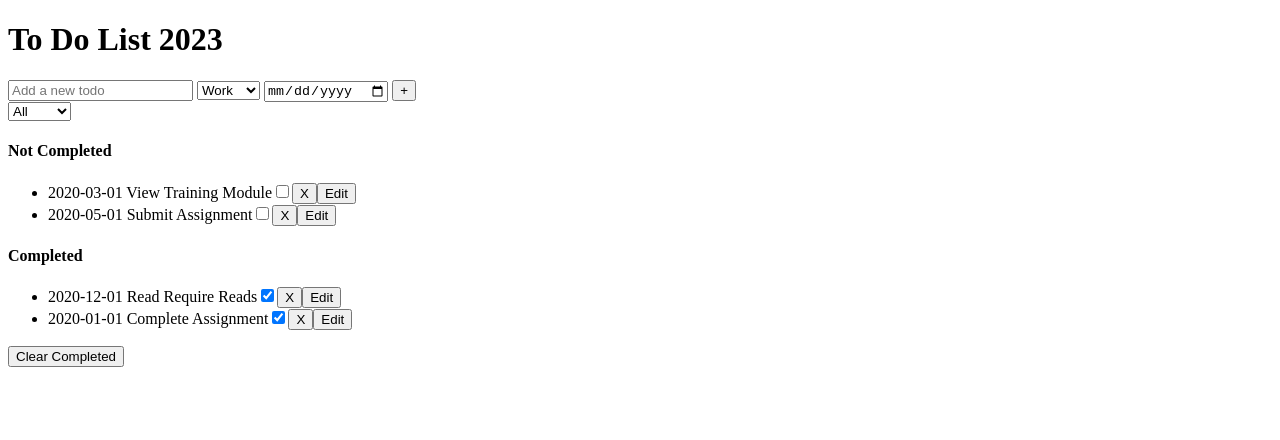
Repository: Kayla-amr/dgm3760
Page: index.html
These files come from the project's save history. The page is drawn as it stood at one moment and after a run of saves; the edit follows.
The browser window is 1280 px wide. The pictures show the whole page.

Above is the page before, as saved 2023-11-06 06:19:12.

After the next 3 saves:
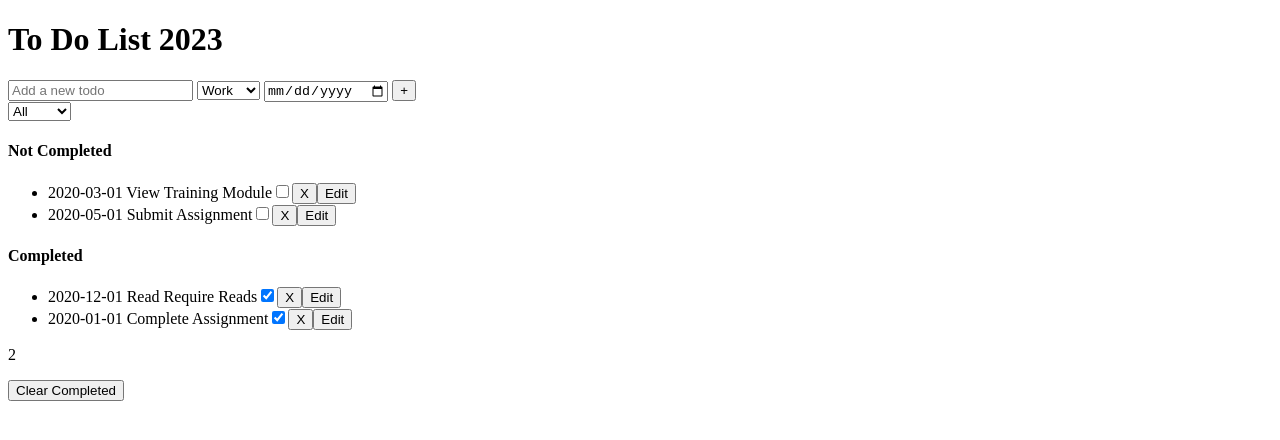
The 3 saves are shown as one change because they came seconds apart.
The last was saved 8 s later.
--- a/main.js
+++ b/main.js
@@ -249,7 +249,7 @@
     countDisplay.innerText = count;
 }
 
-
+countTasks(todo); //CALLS COUNT FUNCTION
 
 //TASK VIEW FUNCTION
 function taskView(todo){

After the 2 saves that followed:
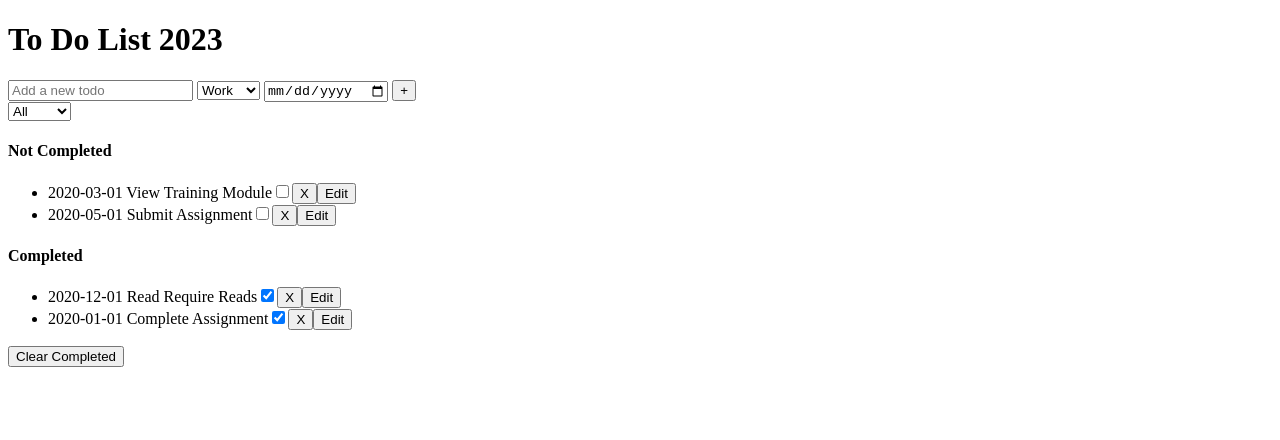
The 2 saves are shown as one change because they came seconds apart.
The last was saved 14 s later.
--- a/main.js
+++ b/main.js
@@ -249,7 +249,6 @@
     countDisplay.innerText = count;
 }
 
-countTasks(todo); //CALLS COUNT FUNCTION
 
 //TASK VIEW FUNCTION
 function taskView(todo){
